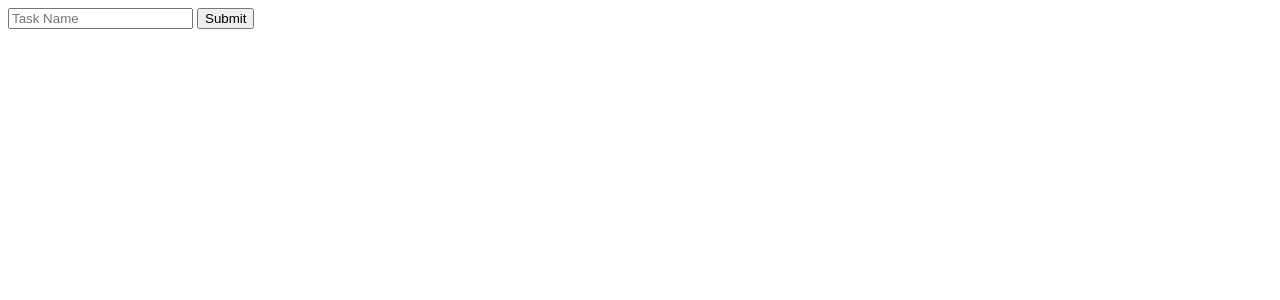
Repository: maaaaciej/cs50
Page: http://localhost/new
The author's editor kept a record of every edit. The page is drawn from the files as they stood at one moment, then again after the next edit.
The browser window is 1280 px wide. The pictures show the whole page.
The page is served by the project's application, run on Flask 3 (pset8/tasks/application.py).

Above is the page before.
Console error: TypeError: document.querySelctor is not a function

### pset8/tasks/templates/add.html
{% extends "layout.html"%}

{% block body %}
    <form action="/new" method="post">
        <input id="input" type="text" name="task"  placeholder="Task Name">
        <input id="submit" type="submit">
    </form>
    <script>
        document.querySelctor("#input").onkeyup= ()=>{
            if (document.querySelector("#input").value === ""){
                document.querySelector("#submit").disabled =true
            }
            else{
                document.querySelector("#submit").disabled =false

            }
        }

    </script>
{% endblock %}

### pset8/tasks/templates/layout.html
<html>
    <head>
        <title>Tasks</title>
    </head>
    <body>
        {% block body%}
        {% endblock %}
    </body>
</html>

### pset8/tasks/application.py
from flask import Flask, render_template, request, redirect

app=Flask(__name__)

todos =[]


@app.route('/')
def tasks():
    return render_template("tasks.html")

@app.route('/new', methods=["GET","POST"])
def add():
    if request.method =="GET":
        return render_template("add.html")
    else:
        todo = request.form.get("task")
        todos.append(todo)
        return redirect("/")

After the next edit:
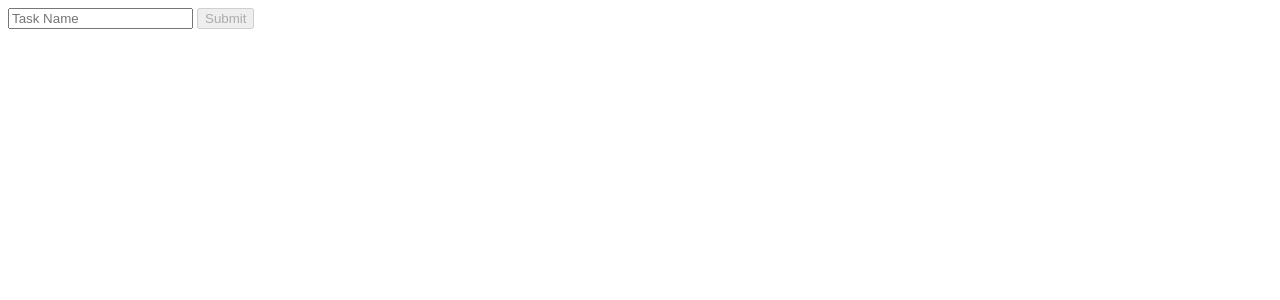
The edit:
--- a/pset8/tasks/templates/add.html
+++ b/pset8/tasks/templates/add.html
@@ -3,7 +3,7 @@
 {% block body %}
     <form action="/new" method="post">
         <input id="input" type="text" name="task"  placeholder="Task Name">
-        <input id="submit" type="submit">
+        <input id="submit" type="submit" disabled>
     </form>
     <script>
         document.querySelctor("#input").onkeyup= ()=>{
